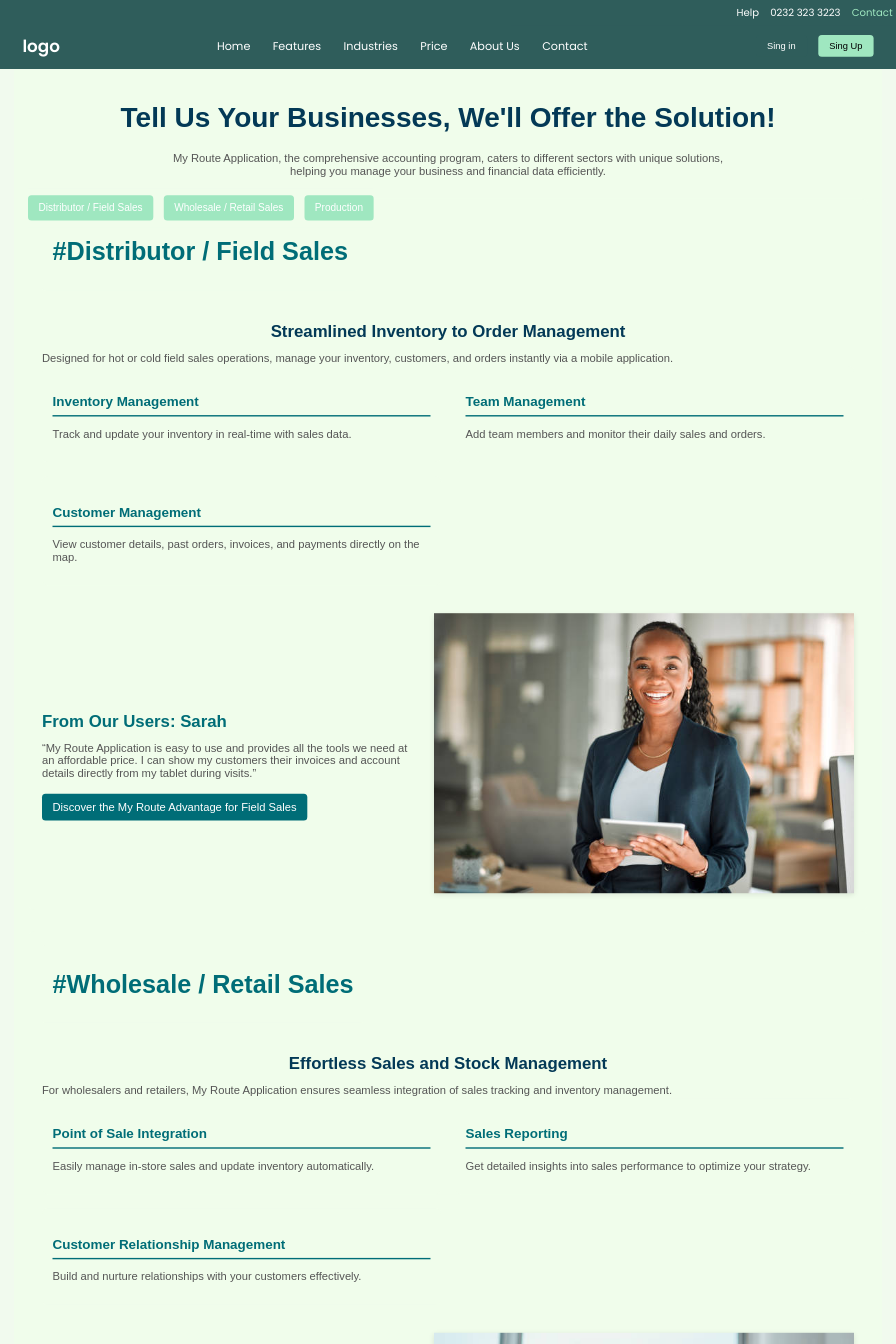
Repository: senolinanyasar/myrouteapplication
Page: /industries
An editor plug-in stored every save of this project. The page is shown before and after the next save, followed by the edit.
The browser window is 1280 px wide. The pictures show the part of the page from y = 0 to 1920 px (the page is 3878 px tall before and 3949 px after), at 70% of full size.
The project was rebuilt for these pictures with package versions that can differ from the ones it lists, and the page was loaded fresh each time. Also part of the build but not shown: vite.config.js, src/components/HeroSection.css, src/components/HeroSection.js, src/components/FeaturesSection.css, src/components/FeaturesSection.js, src/components/PricingSection.css, src/components/PricingSection.js, src/components/SupportSection.css and 6 more.

Above is the page before, as saved 2024-11-17 23:50:42.

After the next save:
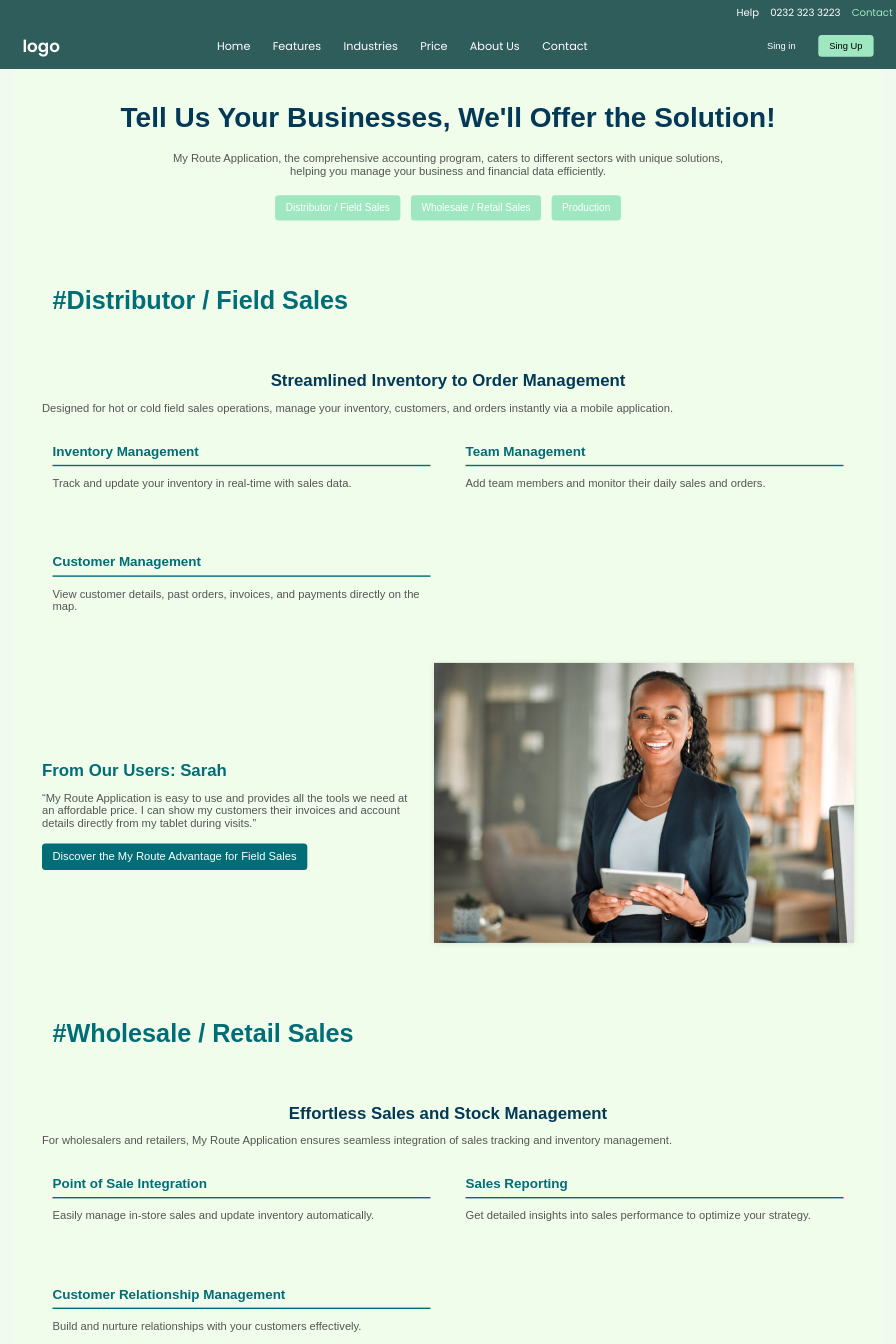
Saved 2 min 19 s later.
--- a/src/components/IndustriesPage.css
+++ b/src/components/IndustriesPage.css
@@ -29,8 +29,9 @@
     display: flex;
     justify-content: center;
     gap: 15px;
-    position: fixed;
-    top: 22;
+    position: sticky;
+    top: 0;
+
     z-index: 999;
     background-color: #f0fdeb;
     padding: 10px 0;
